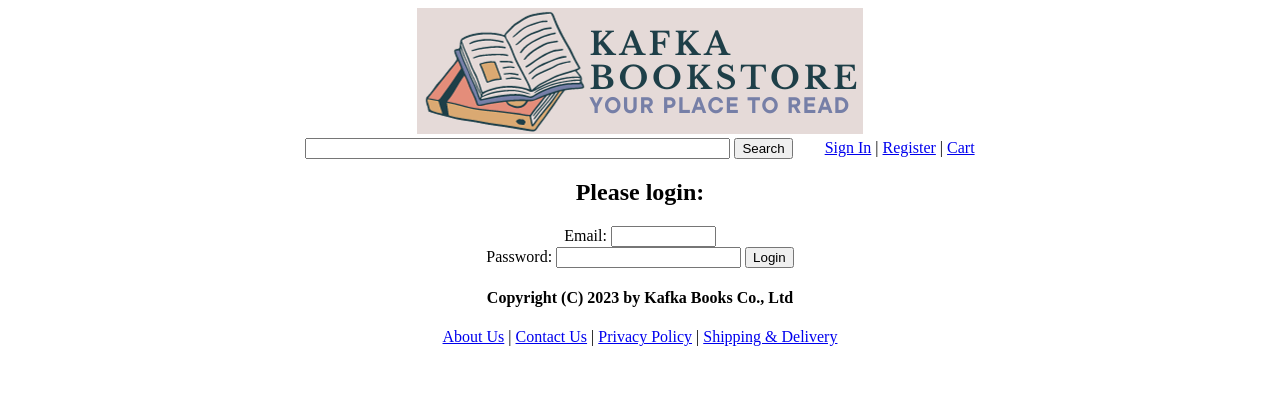
Repository: janvi2502/BookStore
Page: http://localhost/BookStoreWebsite/frontend/login.jsp
The author's editor kept a copy of each file at every save. The page is drawn from the files as they stood at one save, then again after the next save.
The browser window is 1280 px wide. The pictures show the whole page.
The page is served by Tomcat 10. Nobody is signed in. The application's start-up code is not run. The template is opened directly, without the code that normally fills it, so the values that code supplies are empty.

Above is the page before, as saved 2023-12-27 15:23:55.

After the next save:
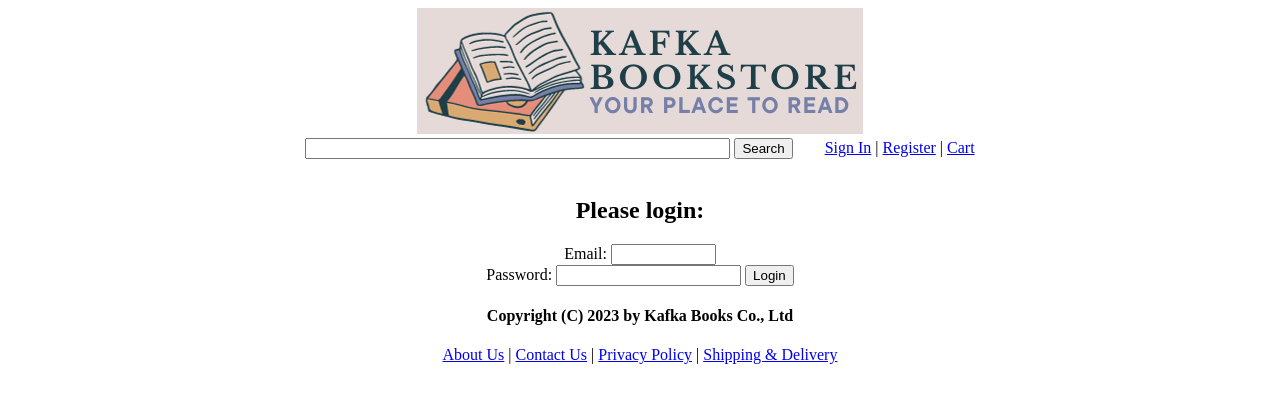
Saved 78 s later.
--- a/BookStoreWebsite/WebContent/frontend/header.jsp
+++ b/BookStoreWebsite/WebContent/frontend/header.jsp
@@ -13,7 +13,7 @@
 		<a href="view_cart">Cart</a>
 
 	</div>
-
+	<div>&nbsp;</div>
 	<div>
 		<c:forEach var="category" items="${listCategory}">
 			<c:out value = "${category.name}" />
